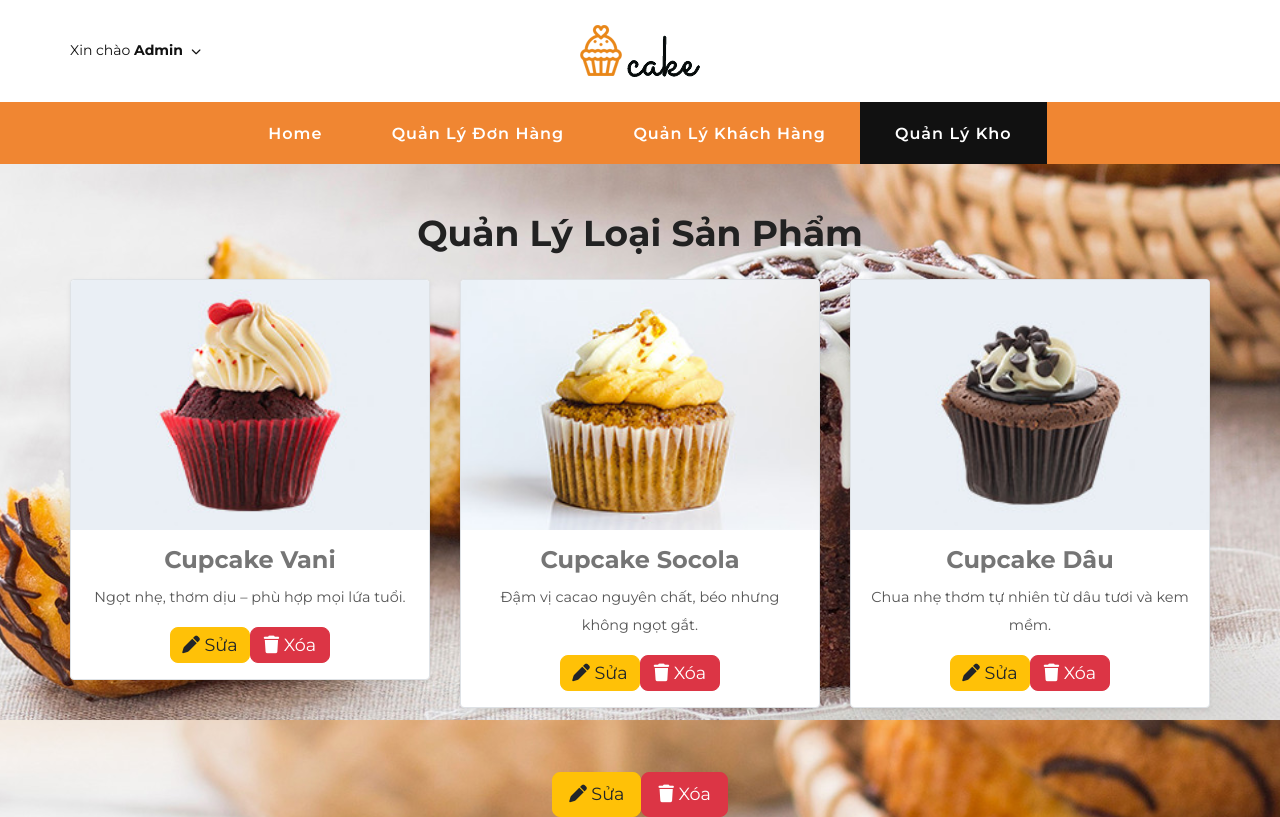
Repository: nhanto2n-byte/Nhom10ChieuThu3
Page: ProjectWeb/cake-main/admin_type.html
An editor plug-in stored every save of this project. The page is shown before and after the next save, followed by the edit.
The browser window is 1280 px wide. The pictures show the whole page.
Backgrounds fixed to the window are drawn as part of the page.

Above is the page before, as saved 2025-11-10 16:05:17.
Console error (its wording comes from the project's code and is left out).

After the next save:
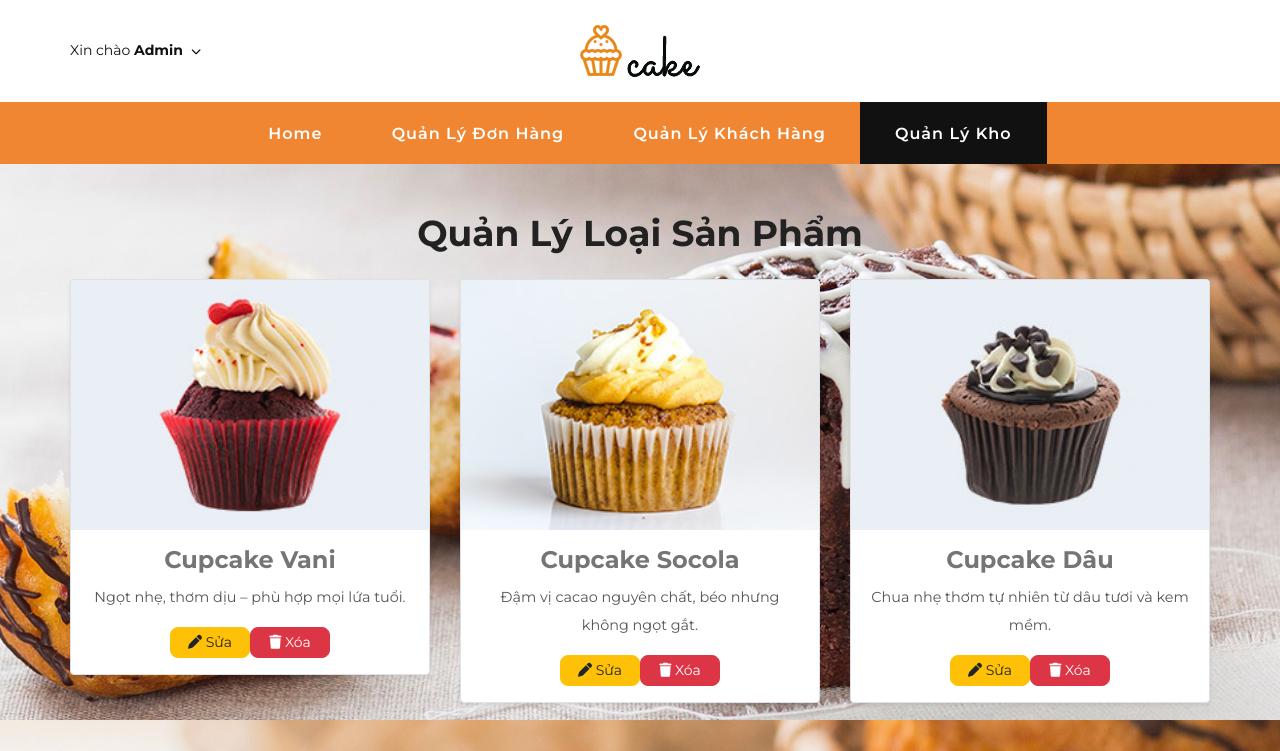
Saved 7 s later.
--- a/ProjectWeb/cake-main/admin_type.html
+++ b/ProjectWeb/cake-main/admin_type.html
@@ -195,24 +195,6 @@
 
     </div>
 </div>
-<div class="d-flex justify-content-center gap-5 mt-3">
-    <button class="btn btn-warning btn-lg btn-action"><i class="fa-solid fa-pen"></i> Sửa</button>
-    <button class="btn btn-danger btn-lg btn-action"><i class="fa-solid fa-trash"></i> Xóa</button>
-</div>
-
-<style>
-.btn-action {
-    min-width: 100px; /* tăng độ rộng nút */
-    font-size: 1.1rem; /* tăng chữ trong nút */
-    transition: transform 0.1s, box-shadow 0.1s;
-}
-
-/* Hiệu ứng nhấn vào */
-.btn-action:active {
-    transform: scale(1.1);
-    box-shadow: 0 4px 12px rgba(0,0,0,0.3);
-}
-</style>
 
 <!-- CSS nhúng trực tiếp -->
 <style>
